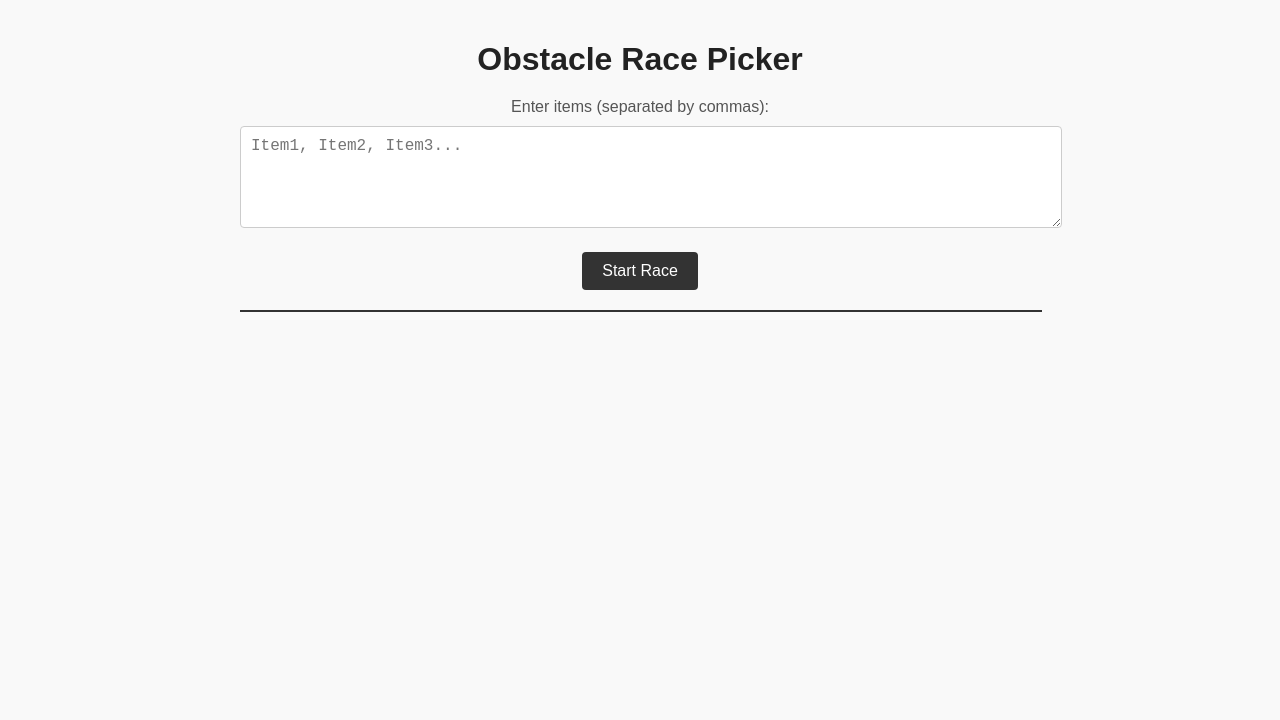
Repository: Anarchyve/race-picker
Page: index.html
These files come from the project's save history. The page is drawn as it stood at one moment and after the next save; the edit follows.
The browser window is 1280 px wide. The pictures show the whole page.

Above is the page before, as saved 2024-11-17 19:40:14.

After the next save:
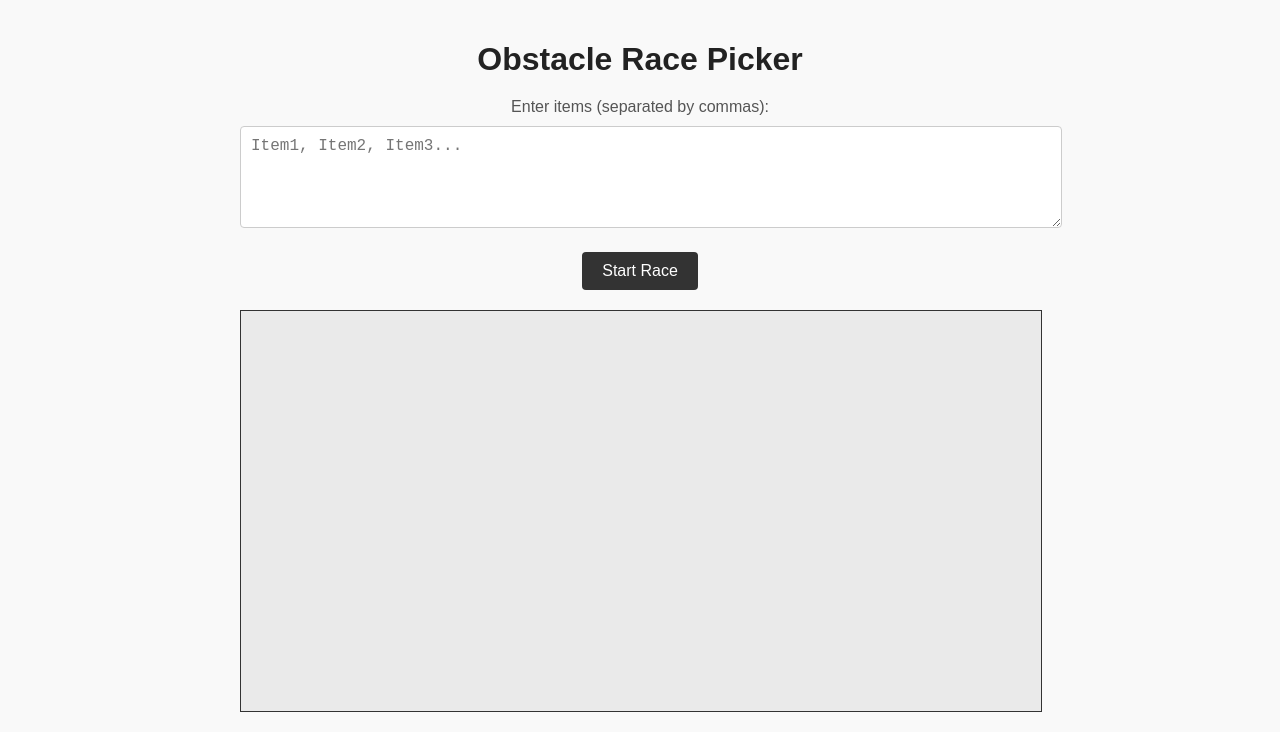
Saved 40 s later.
--- a/styles.css
+++ b/styles.css
@@ -6,8 +6,8 @@
     background-color: #f9f9f9;
     display: flex;
     justify-content: center;
-    align-items: flex-start; /* 상단 정렬로 수정 */
-    min-height: 100vh; /* 최소 높이 설정 */
+    align-items: flex-start; /* 상단 정렬 */
+    min-height: 100vh;
     overflow: auto; /* 스크롤 활성화 */
 }
 
@@ -15,7 +15,7 @@
     width: 80%;
     max-width: 800px;
     text-align: center;
-    margin-top: 20px; /* 화면 상단과의 여백 추가 */
+    margin-top: 20px; /* 화면 상단 여백 */
 }
 
 h1 {
@@ -59,11 +59,15 @@
 
 #race-track {
     position: relative;
-    width: 100%;
+    width: 100%; /* 폭을 100%로 유지 */
+    height: 400px; /* 기본 높이 */
+    margin: 20px 0;
     background-color: #eaeaea;
     border: 1px solid #333;
-    overflow: hidden;
-    margin: 20px 0;
+    overflow: hidden; /* 초과되는 요소 숨기기 */
+    display: flex;
+    justify-content: space-evenly; /* 경주마 간격 조정 */
+    align-items: flex-start; /* 경주마 상단 시작 */
 }
 
 .runner {
@@ -76,10 +80,8 @@
     font-size: 1rem;
     font-weight: bold;
     text-align: center;
+    width: 50px; /* 경주마 기본 크기 */
+    height: 50px;
+    border-radius: 50%; /* 원형 */
+    bottom: 0; /* 아래에서 시작 */
 }
-
-#result {
-    font-size: 1.2rem;
-    margin-top: 20px;
-    color: #444;
-}

After the 3 saves that followed:
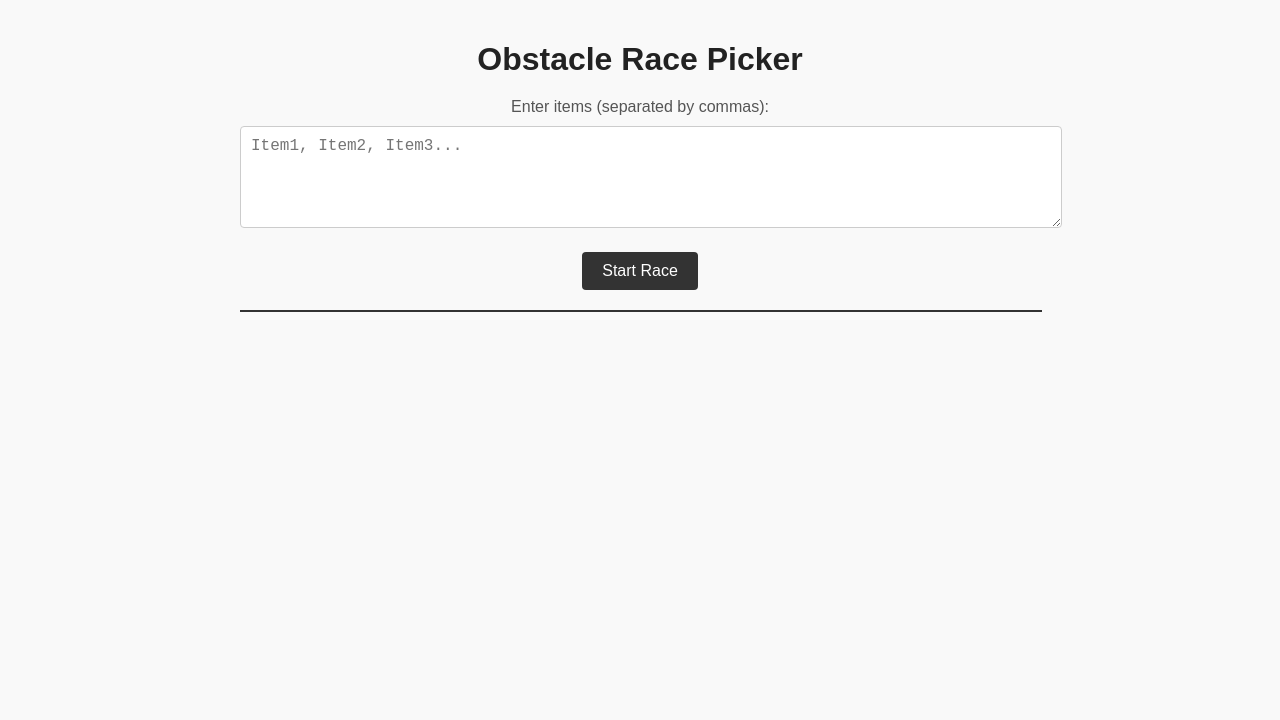
The 3 saves are shown as one change because 2 left the picture as it was.
The last was saved 111 s later.
--- a/styles.css
+++ b/styles.css
@@ -59,19 +59,19 @@
 
 #race-track {
     position: relative;
-    width: 100%; /* 폭을 100%로 유지 */
-    height: 400px; /* 기본 높이 */
+    width: 100%; /* 폭은 항상 100% */
     margin: 20px 0;
     background-color: #eaeaea;
     border: 1px solid #333;
     overflow: hidden; /* 초과되는 요소 숨기기 */
     display: flex;
-    justify-content: space-evenly; /* 경주마 간격 조정 */
+    justify-content: space-evenly; /* 경주마 간격 자동 배분 */
     align-items: flex-start; /* 경주마 상단 시작 */
+    flex-wrap: wrap; /* 여러 줄로 배치 */
 }
 
 .runner {
-    position: absolute;
+    position: relative;
     background-color: #333;
     color: #fff;
     display: flex;
@@ -80,8 +80,5 @@
     font-size: 1rem;
     font-weight: bold;
     text-align: center;
-    width: 50px; /* 경주마 기본 크기 */
-    height: 50px;
     border-radius: 50%; /* 원형 */
-    bottom: 0; /* 아래에서 시작 */
 }
--- a/script.js
+++ b/script.js
@@ -12,9 +12,8 @@ function startRace() {
     raceTrack.innerHTML = '';
     resultDiv.textContent = '';
 
-    // Adjust race track width dynamically
-    const runnerWidth = Math.max(40, Math.min(100, raceTrack.clientHeight / items.length)); // Dynamic width
-    raceTrack.style.width = `${runnerWidth * items.length}px`;
+    // Adjust race track height dynamically
+    const runnerHeight = Math.max(40, Math.min(80, raceTrack.clientHeight / items.length)); // Dynamic height
 
     // Create runners
     const runners = items.map((item, index) => {
@@ -23,27 +22,27 @@ function startRace() {
         runner.textContent = item;
 
         // Dynamically adjust runner size and position
-        runner.style.width = `${runnerWidth}px`;
-        runner.style.height = `${runnerWidth}px`;
-        runner.style.lineHeight = `${runnerWidth}px`;
-        runner.style.left = `${index * runnerWidth}px`; // Horizontal placement
-        runner.style.bottom = '0px'; // Start from the bottom
+        runner.style.width = `${runnerHeight}px`;
+        runner.style.height = `${runnerHeight}px`;
+        runner.style.lineHeight = `${runnerHeight}px`;
+        runner.style.left = `${index * runnerHeight * 1.5}px`; // 간격 유지
+        runner.style.bottom = '0px'; // 시작 위치
 
         raceTrack.appendChild(runner);
         return { element: runner, position: 0, name: item };
     });
 
     // Adjust speed and interval
-    const speedFactor = 5;
-    const intervalTime = 50;
+    const speedFactor = 5; // 속도
+    const intervalTime = 50; // 애니메이션 주기
 
     // Start the race
     let raceInterval = setInterval(() => {
         runners.forEach(runner => {
-            runner.position += Math.random() * speedFactor;
-            runner.element.style.bottom = `${runner.position}px`;
+            runner.position += Math.random() * speedFactor; // 무작위로 이동
+            runner.element.style.bottom = `${runner.position}px`; // 위로 이동
 
-            if (runner.position >= raceTrack.clientHeight - runnerWidth) {
+            if (runner.position >= raceTrack.clientHeight - runnerHeight) {
                 clearInterval(raceInterval);
                 resultDiv.innerHTML = `<h2>🎉 Winner: ${runner.name} 🎉</h2>`;
             }
